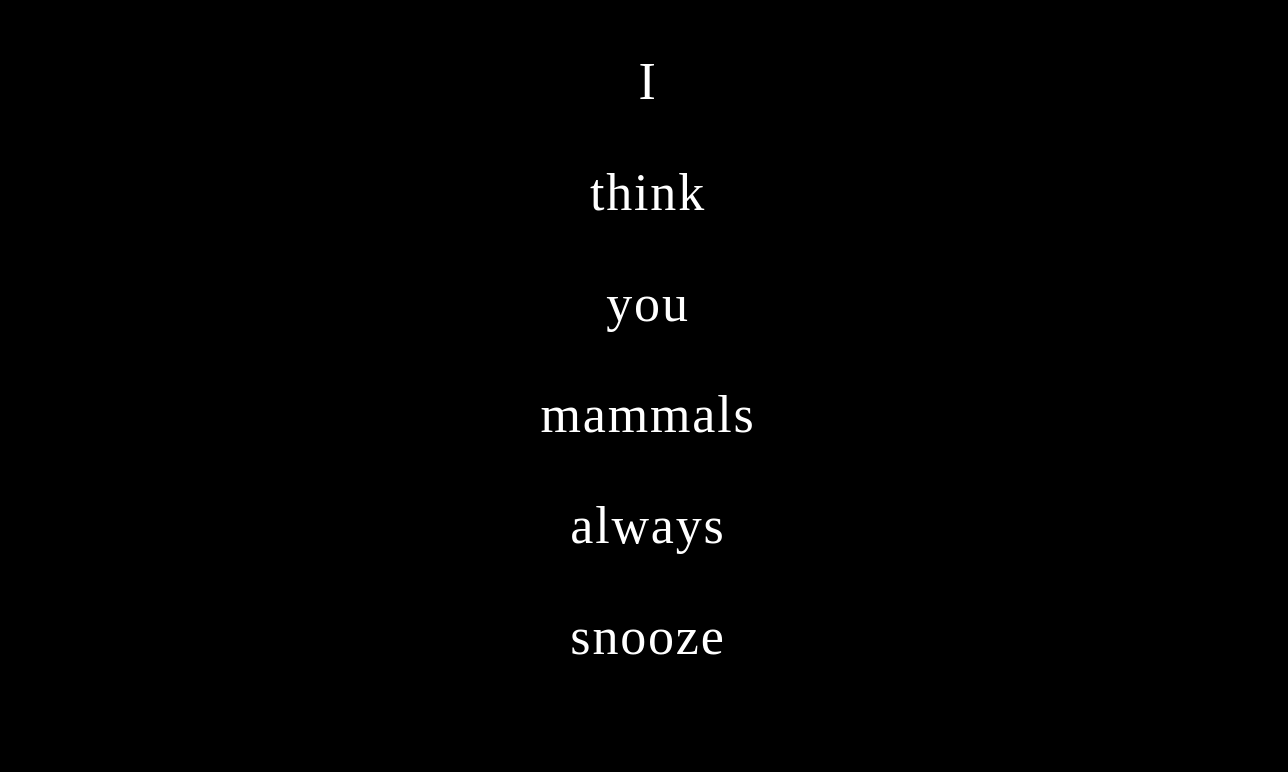
Repository: bibariba/biba_poem
Page: index.dissappears.html
The author's editor kept a record of every edit. The page is drawn from the files as they stood at one moment, then again after the next edit.
The browser window is 1280 px wide. The page is 1288 px wide, so the pictures cover 1288 px, including what lies to the right of the window. The pictures show the whole page.
Some web libraries are served in a nearby version.

Above is the page before.
Console error: SyntaxError: Unexpected token '.'

### index.dissappears.html
<!DOCTYPE html>
<html lang="en-us">

<head>
	<meta charset="utf-8">
        <title>A self-written poem.</title>


   <style type="text/css">

html, body {
    width:100%;
    height:100%;
    background-color:black;
    color: white;
}

p {
    font-family: "Times New Roman", Perpetua, Serif;
    font-size: 52px;
	font-style: normal;
	/*font-weight: bold;*/
	text-align: center;
	letter-spacing: 0.035em;
}



 </style>

 </head>
    <body>
          <p id="years">I</p>
          <p id="months"> think</p>
          <p id="days">you</p>
          <p id="hours">mammals</p>
          <p id="minutes">always</p>
          <p id="seconds">snooze</p>

      <script type="text/javascript">

        var seconds_counter = 0;
        var minutes_counter = 0;
        var hours_counter = 0;
        var months_counter = 0;
        var years_counter = 0;


        // array seconds
          var seconds = [
              "snooze",
              "sleep",
              "scream",
              "wonder",
              "listen",
              "overachieve",
              "dream",
              "carbonate",
              "blow up",
              "float",
              "tumble",
              "dissappear",
              "fail",
              "hypernate",
              "coordinate",
              "experiment",
              "forget",
              "invent",
              "grow",
              "drink",
              "play",
              "suffer",
              "obey",
              "explore",
              "erase",
              "shave",
              "disarrange",
              "collect",
              "hide",
              "bounce",
              ];

        // array minutes
          var minutes = [
              "always",
              "never",
              "sometimes",
              "would",
              "couldn't",
              "might",
              "often",
              "unfortunately",
              "could",
              "should",
              "shouldn't",
              "regularly",
              "normally",
              "positively",
              "usually",
              "regularly",
              "occasionally",
              "rarely",
              "seldom",
              ];

        // array hours
          var hours = [
              "mammals",
              "assholes",
              "punks",
              "virgos",
              "overachievers",
              "millenials",
              "designers",
              "artists",
              "dreamers",
              "mammas",
              "friends",
              "geniuses",
              "inventors",
              "mathematicians",
              "painters",
              "redheads",
              "animals",
              "cuties",
              "mushrooms",
              "Heelys",
              "lovelies",
              "haters",
              "people",
              "normies"
              ];


        // array months
          var months = [
              "think",
              "assume",
              "propose",
              "guess",
              "said",
              "heard",
              "thought",
              "kick",
              "stopped",
              "think",
              "demand",
              "overhead",
              "imagine",
              "said",
              "claim",
              "whispered",
              "screamed",
              "admit",
              "know",
              "believe"
              ];

        // array years
          var years = [
              "I",
              "We",
              "They",
              "Doctors",
              "Scientists",
              "Russians",
              "Athletes",
              "Unbelievers",
              "Monsters",
              "Teachers",
              "Sheilas",
              "Presidents",
              "Chicken Wings",
              "Roomates",
              "Fries",
              "Nurses",
              "Statues",
              "Astrologists",
              "Apples",
              "Manicurists",
              "Princes",
              "Bronies",
              "Capricorns",
              "Babies",
              "Dogs",
              "Carrots",
              "Carnivores",
              "Italians"
              ];

        var fonts = [
             "Helvetica",
             "Times New Roman",
             "Monaco"
            ];

         // display the second in the console
         //console.log(seconds[0]);
         // display random number
        // console.log("I'm thinking of a number between 1 and 12: " + seconds[randomnumber]);


    //seconds change
    function seconds_change() {
         seconds_counter += 1;
         if (seconds_counter > 50) {
             $('#seconds').html('');
             clearInterval(second_interval);
         }
         else {
            // picking a random number between 0 and x
             var randomnumber = Math.floor(Math.random() * seconds.length);
             console.log(seconds[randomnumber]);
             $('#seconds').html(seconds[randomnumber]);
         }
        doOnChange();
    }
    var second_interval = setInterval( seconds_change, 500);

    //minutes change
    function minutes_change() {
         minutes_counter += 1;
         if (minutes_counter > 40) {
             $('#minutes').html('');
             clearInterval(minute_interval);
         }
         else {
        // picking a random number between 0 and x
         var randomnumber = Math.floor(Math.random() * minutes.length);
         //console.log(minutes[randomnumber]);
         $('#minutes').html(minutes[randomnumber]);
        }
        doOnChange();
    }
    var minute_interval = setInterval( minutes_change, 3000);

    //hours change
    function hours_change() {
         hours_counter += 1;
         if (hours_counter > 30) {
             $('#hours').html('');
             clearInterval(hour_interval);
         }
         else {
        // picking a random number between 0 and x
         var randomnumber = Math.floor(Math.random() * hours.lenth);
        // console.log(hours[randomnumber]);
         $('#hours').html(hours[randomnumber]);
         }
        doOnChange();
    }
    var hour_interval = setInterval( hours_change, 4000);


      //months change
    function months_change() {
         months_counter += 1;
         if (months_counter > 20) {
             $('#months').html('');
             clearInterval(months_interval);
         }
         else {
        // picking a random number between 0 and x
         var randomnumber = Math.floor(Math.random() * months.length);
         //console.log(months[randomnumber]);
         $('#months').html(months[randomnumber]);
         }
        doOnChange();
    }
    var months_interval = setInterval( months_change, 6000);

       //years change
    function years_change() {
         years_counter += 1;
         if (years_counter > 10) {
             //make it dissappear
             $('#years').html('');
             //make it stop displaying
             clearInterval(years_interval);
         }
         else {
        // picking a random number between 0 and x
         var randomnumber = Math.floor(Math.random() * years.length);

         //console.log(years[randomnumber]);
         $('#years').html(years[randomnumber]);

         }
        doOnChange();

    }
    var years_interval = setInterval( years_change, 1000);

    function doOnChange() {
        var randomfontindex = Math.floor(Math.random() * fonts.length);
        .css("font-family", fonts[randomfontindex]);
        //console.log("years:"+years_counter+" months:"+months_counter+" hours:"+hours_counter+" minutes:"+minutes_counter+" seconds:"+seconds_counter);
    }

      </script>
      <script src="https://ajax.googleapis.com/ajax/libs/jquery/2.1.3/jquery.min.js"></script>
    </body>
</html>

After the next edit:
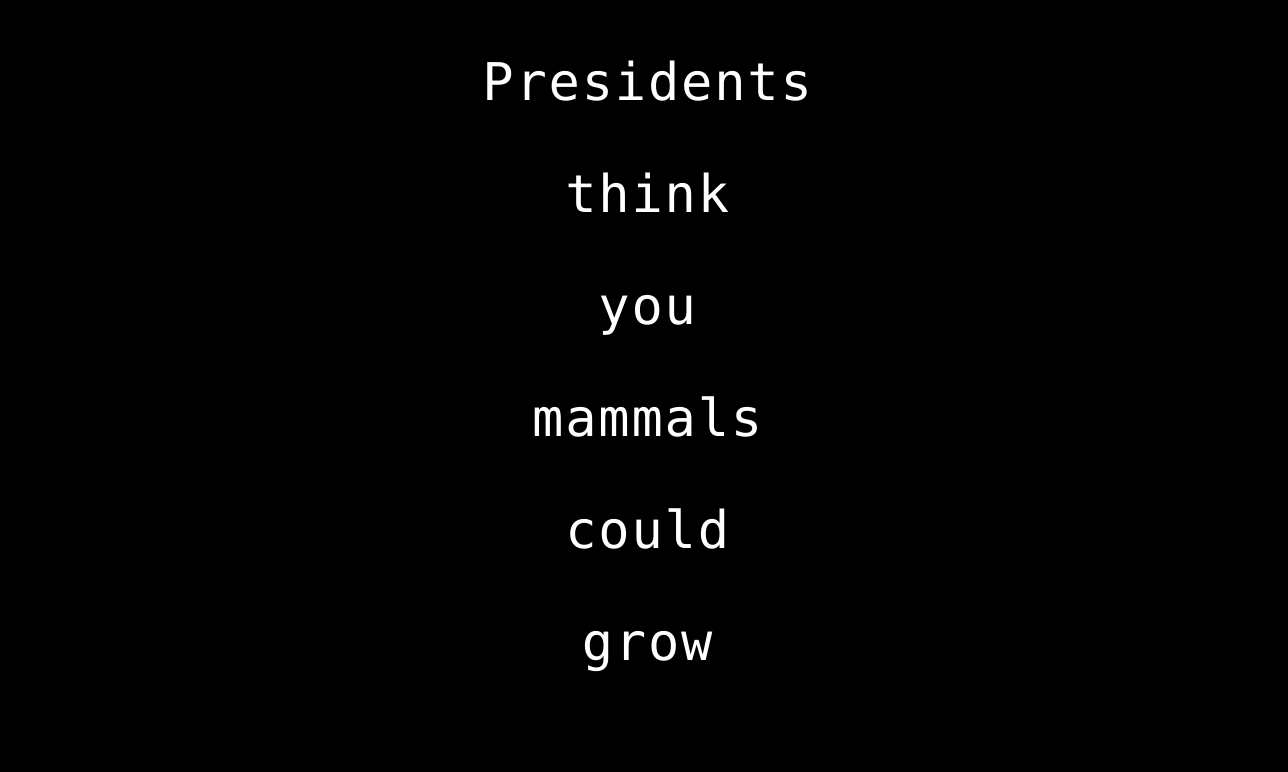
The error is gone.
The edit:
--- a/index.dissappears.html
+++ b/index.dissappears.html
@@ -293,7 +293,7 @@
 
     function doOnChange() {
         var randomfontindex = Math.floor(Math.random() * fonts.length);
-        .css("font-family", fonts[randomfontindex]);
+        $('p').css("font-family", fonts[randomfontindex]);
         //console.log("years:"+years_counter+" months:"+months_counter+" hours:"+hours_counter+" minutes:"+minutes_counter+" seconds:"+seconds_counter);
     }
 
